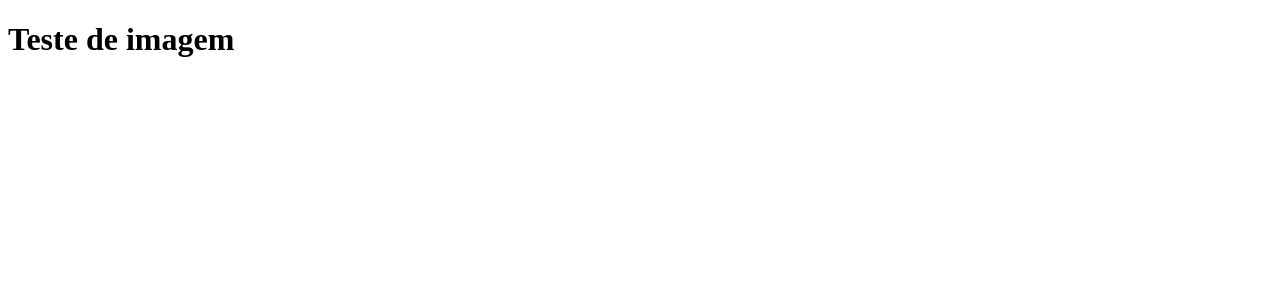
Repository: gustavotwist/html-css
Page: main.html
An editor plug-in stored every save of this project. The page is shown before and after a run of saves, followed by the edit.
The browser window is 1280 px wide. The pictures show the whole page.

Above is the page before, as saved 2024-04-14 17:06:06.

After the next 3 saves:
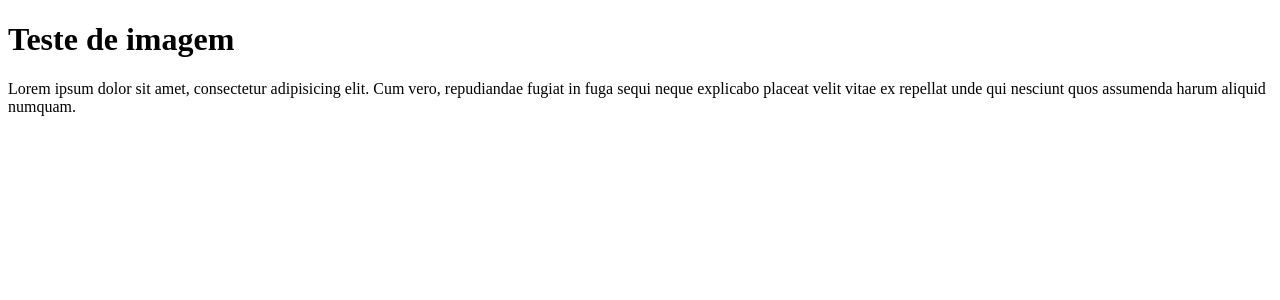
The 3 saves are shown as one change because they came seconds apart.
The last was saved 9 s later.
--- a/main.html
+++ b/main.html
@@ -13,6 +13,7 @@
 <body>
     <main>
         <h1>Teste de imagem</h1>
+        <p>Lorem ipsum dolor sit amet, consectetur adipisicing elit. Cum vero, repudiandae fugiat in fuga sequi neque explicabo placeat velit vitae ex repellat unde qui nesciunt quos assumenda harum aliquid numquam.</p>
     </main>
 </body>
 </html>
